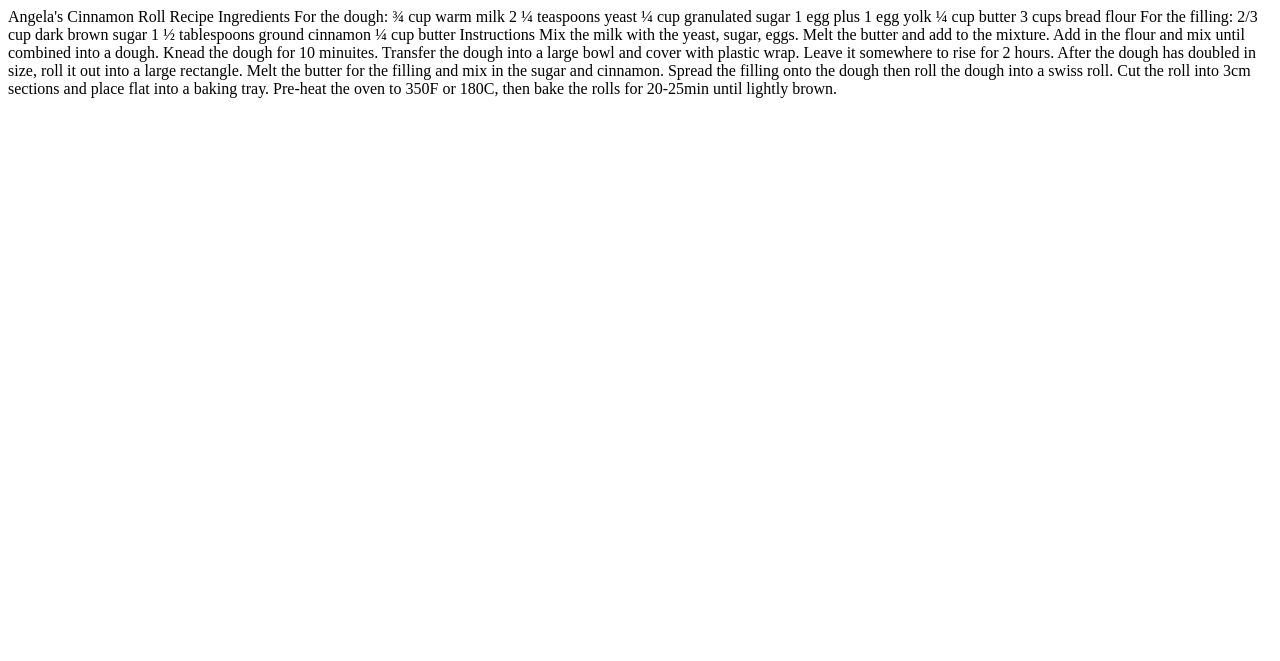
Repository: derealthink/webdev_course
Page: HTML/3.0 List Elements/index.html
The author's editor kept a copy of each file at every save. The page is drawn from the files as they stood at one save, then again after the next save.
The browser window is 1280 px wide. The pictures show the whole page.

Above is the page before, as saved 2025-10-05 20:22:28.

### HTML/3.0 List Elements/index.html
Angela's Cinnamon Roll Recipe

Ingredients

For the dough:
¾ cup warm milk
2 ¼ teaspoons yeast
¼ cup granulated sugar
1 egg plus 1 egg yolk
¼ cup butter
3 cups bread flour

For the filling:
2/3 cup dark brown sugar
1 ½ tablespoons ground cinnamon
¼ cup butter

Instructions

Mix the milk with the yeast, sugar, eggs.
Melt the butter and add to the mixture.
Add in the flour and mix until combined into a dough.
Knead the dough for 10 minuites.
Transfer the dough into a large bowl and cover with plastic wrap. Leave it somewhere to rise for 2 hours.
After the dough has doubled in size, roll it out into a large rectangle.
Melt the butter for the filling and mix in the sugar and cinnamon.
Spread the filling onto the dough then roll the dough into a swiss roll.
Cut the roll into 3cm sections and place flat into a baking tray.
Pre-heat the oven to 350F or 180C, then bake the rolls for 20-25min until lightly brown.

After the next save:
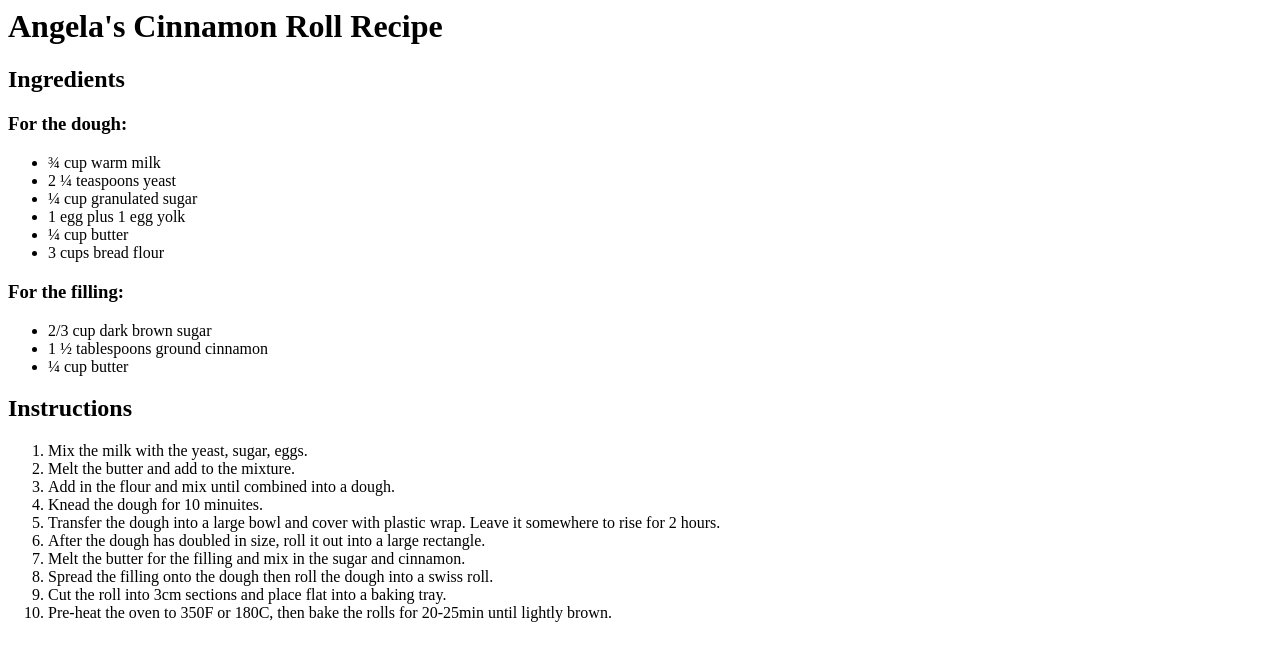
Saved 13 h 40 min later.
--- a/HTML/3.0 List Elements/index.html
+++ b/HTML/3.0 List Elements/index.html
@@ -1,29 +1,36 @@
-Angela's Cinnamon Roll Recipe
+<h1>Angela's Cinnamon Roll Recipe</h1>
 
-Ingredients
+<h2>Ingredients</h2>
 
-For the dough:
-¾ cup warm milk
-2 ¼ teaspoons yeast
-¼ cup granulated sugar
-1 egg plus 1 egg yolk
-¼ cup butter
-3 cups bread flour
+<h3>For the dough:</h3>
+<ul>
+	<li>¾ cup warm milk</li>
+	<li>2 ¼ teaspoons yeast </li>
+	<li>¼ cup granulated sugar</li>
+	<li>1 egg plus 1 egg yolk</li>
+	<li>¼ cup butter</li>
+	<li>3 cups bread flour</li>
+</ul>
 
-For the filling:
-2/3 cup dark brown sugar
-1 ½ tablespoons ground cinnamon
-¼ cup butter
+<h3>For the filling:</h3>
+<ul>
+	<li>2/3 cup dark brown sugar</li>
+	<li>1 ½ tablespoons ground cinnamon</li>
+	<li>¼ cup butter</li>
+</ul>
 
-Instructions
 
-Mix the milk with the yeast, sugar, eggs.
-Melt the butter and add to the mixture.
-Add in the flour and mix until combined into a dough.
-Knead the dough for 10 minuites.
-Transfer the dough into a large bowl and cover with plastic wrap. Leave it somewhere to rise for 2 hours.
-After the dough has doubled in size, roll it out into a large rectangle.
-Melt the butter for the filling and mix in the sugar and cinnamon.
-Spread the filling onto the dough then roll the dough into a swiss roll.
-Cut the roll into 3cm sections and place flat into a baking tray.
-Pre-heat the oven to 350F or 180C, then bake the rolls for 20-25min until lightly brown.
+<h2>Instructions</h2>
+
+<ol>
+	<li>Mix the milk with the yeast, sugar, eggs.</li>
+	<li>Melt the butter and add to the mixture.</li>
+	<li>Add in the flour and mix until combined into a dough.</li>
+	<li>Knead the dough for 10 minuites. </li>
+	<li>Transfer the dough into a large bowl and cover with plastic wrap. Leave it somewhere to rise for 2 hours.</li>
+	<li>After the dough has doubled in size, roll it out into a large rectangle.</li>
+	<li>Melt the butter for the filling and mix in the sugar and cinnamon.</li>
+	<li>Spread the filling onto the dough then roll the dough into a swiss roll.</li>
+	<li>Cut the roll into 3cm sections and place flat into a baking tray.</li>
+	<li>Pre-heat the oven to 350F or 180C, then bake the rolls for 20-25min until lightly brown.</li>
+</ol>
